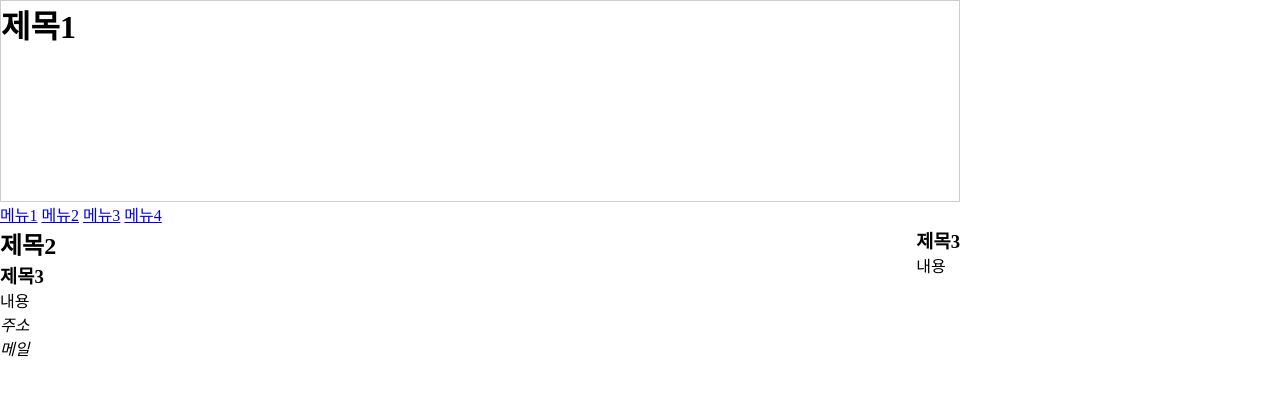
Repository: yeonddu/green_css
Page: web/pro01/songyeonsu/html5.html
These files come from the project's save history. The page is drawn as it stood at one moment and after the next save; the edit follows.
The browser window is 1280 px wide. The pictures show the whole page.

Above is the page before, as saved 2022-12-13 23:55:12.

After the next save:
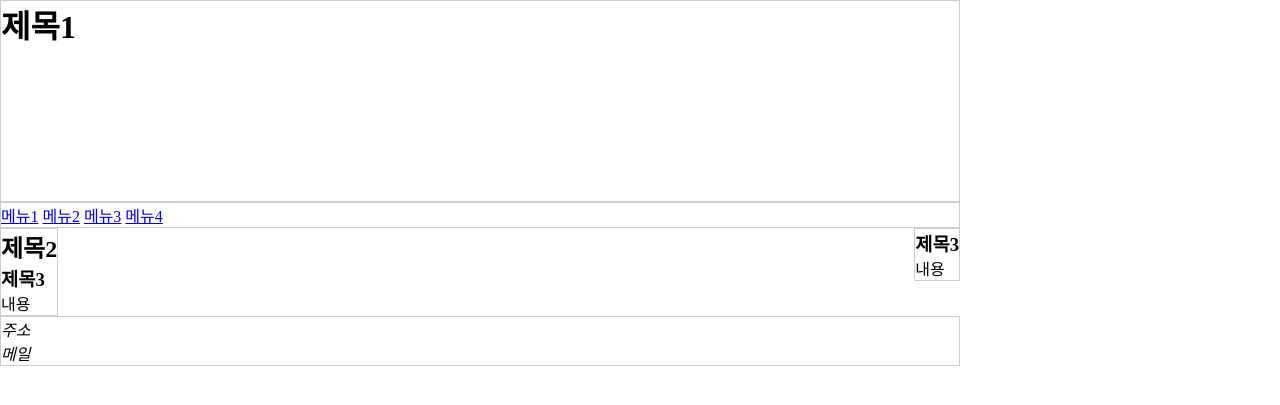
Saved 10 s later.
--- a/web/pro01/songyeonsu/html5.html
+++ b/web/pro01/songyeonsu/html5.html
@@ -19,17 +19,21 @@
 	}
 	nav {
 		position:relative;
+		border:1px solid #ccc;
 	}
 	section {
 		position:relative;
 		float:left;
+		border:1px solid #ccc;
 	}
 	aside {
 		position:relative;
 		float:right;
+		border:1px solid #ccc;
 	}
 	footer {
 		clear:both;
+		border:1px solid #ccc;
 	}
 	nav ul li {
 		display:inline-block;
